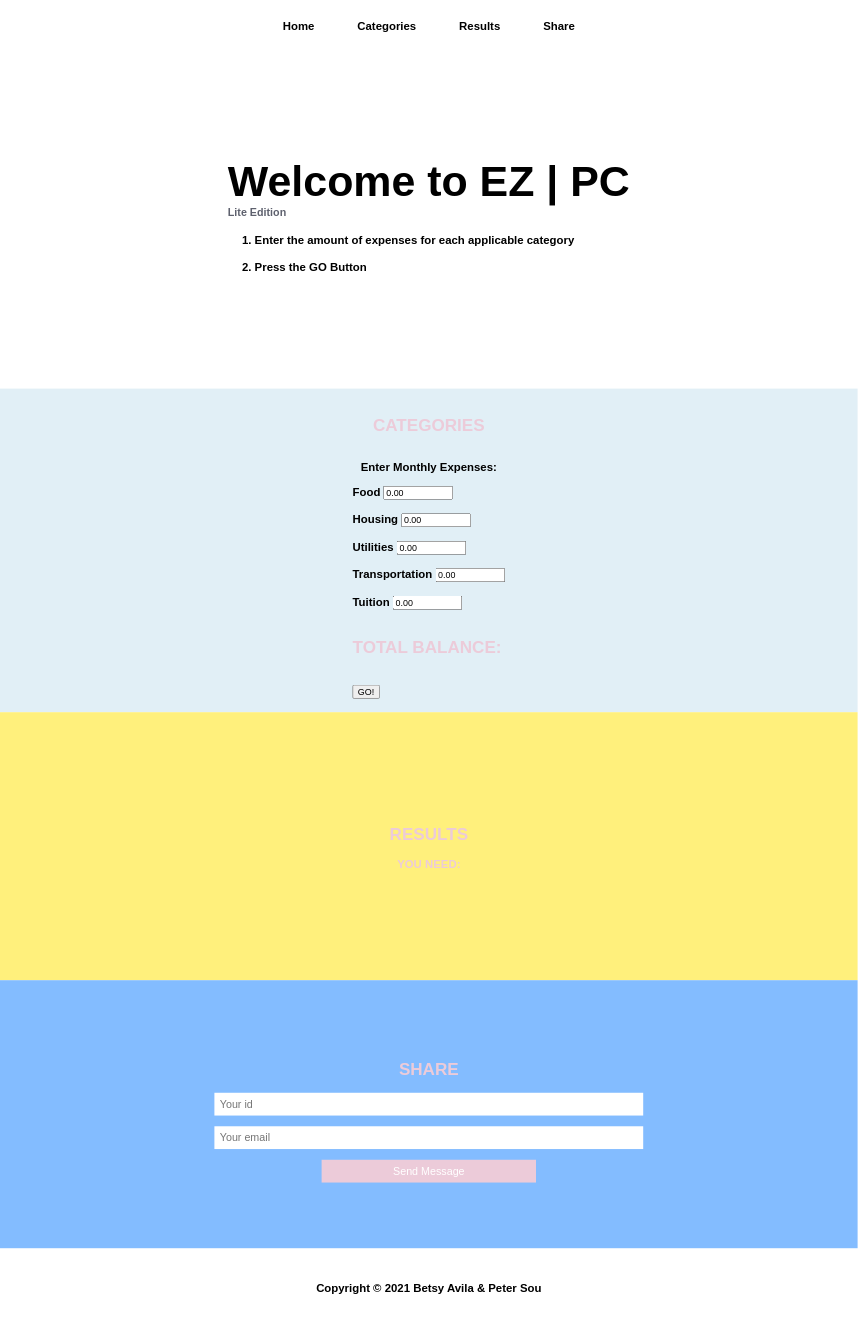
Repository: Peter-Sou/CSE-111-Project-1
Page: http://localhost/
The author's editor kept a copy of each file at every save. The page is drawn from the files as they stood at one save, then again after the next save.
The browser window is 1280 px wide. The pictures show the whole page, at 67% of full size.
Some web fonts or font styles are not loaded; a fallback is used. The page is served by the project's application, run on Django 3.2 (manage.py).

Above is the page before, as saved 2021-12-07 18:24:41.

After the next save:
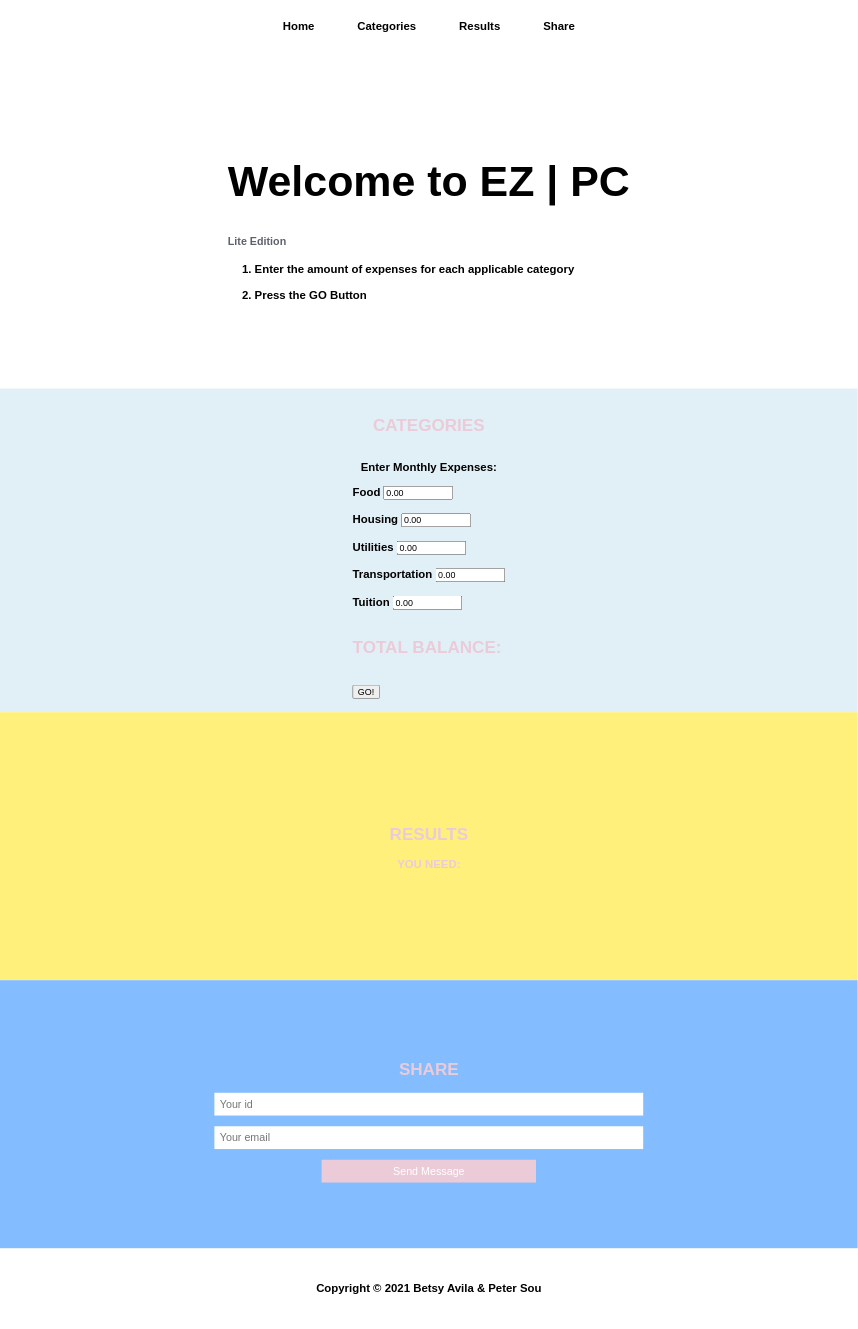
Saved 23 s later.
--- a/ezPC/EZPCAPP/static/css/main.css
+++ b/ezPC/EZPCAPP/static/css/main.css
@@ -63,7 +63,7 @@ header {
 }
 h1 {
 	font-size: 64px;
-	margin: 0;
+
 }
 
 header h2 {
